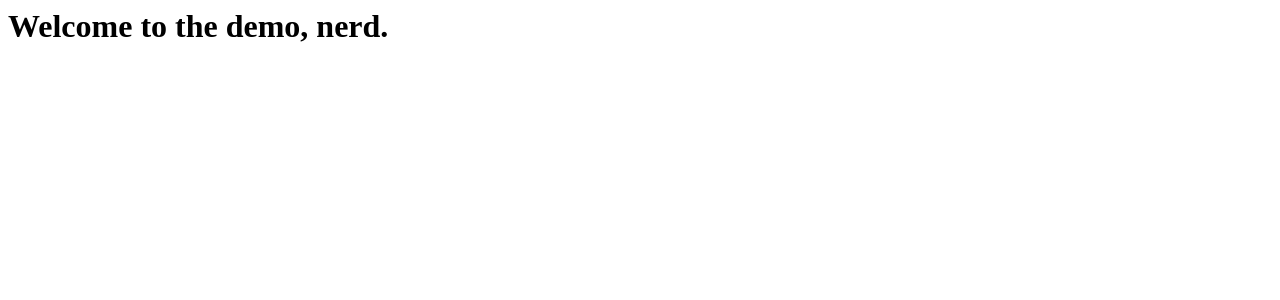
Repository: burtonn1845/csc4710Project
Page: http://localhost/CSC4710Demo/jsps/body.jsp
An editor plug-in stored every save of this project. The page is shown before and after the next save, followed by the edit.
The browser window is 1280 px wide. The pictures show the whole page.
The page is served by Tomcat 9. Other server files are loaded and not shown.

Above is the page before, as saved 2018-06-09 22:12:02.

### CSC4710Demo/WebContent/jsps/body.jsp
<%@ page language="java" import="java.util.*" pageEncoding="UTF-8"%>
<%@ taglib prefix="c" uri="http://java.sun.com/jsp/jstl/core" %>


<!DOCTYPE HTML PUBLIC "-//W3C//DTD HTML 4.01 Transitional//EN">
<html>
  <head>
    <base href="">

    <title>body</title>

	<meta http-equiv="pragma" content="no-cache">
	<meta http-equiv="cache-control" content="no-cache">
	<meta http-equiv="expires" content="0">
	<meta http-equiv="keywords" content="keyword1,keyword2,keyword3">
	<meta http-equiv="description" content="This is my page">
	<meta http-equiv="content-type" content="text/html;charset=utf-8">
	<!--
	<link rel="stylesheet" type="text/css" href="styles.css">
	-->

  </head>

  <body>
    <h1>Welcome to the demo, nerd.</h1>
  </body>
</html>

After the next save:
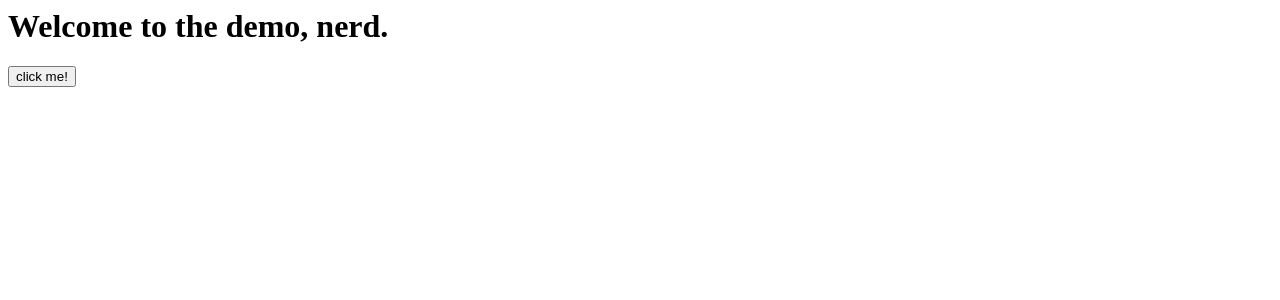
Saved 44 s later.
--- a/CSC4710Demo/WebContent/jsps/body.jsp
+++ b/CSC4710Demo/WebContent/jsps/body.jsp
@@ -23,5 +23,6 @@
 
   <body>
     <h1>Welcome to the demo, nerd.</h1>
+      <button type="button">click me!</button>
   </body>
 </html>
